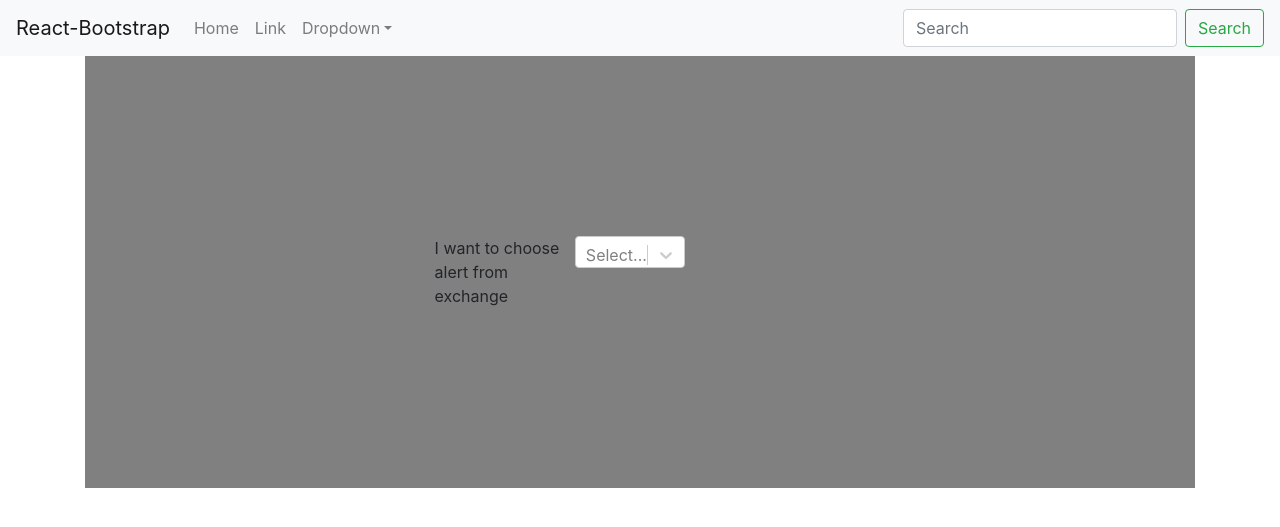
Repository: flychicken123/PriceAlertFront
Page: /
An editor plug-in stored every save of this project. The page is shown before and after the next save, followed by the edit.
The browser window is 1280 px wide. The pictures show the whole page.
The page's requests for data from a server got no answer. The project was rebuilt for these pictures with package versions that can differ from the ones it lists, and the page was loaded fresh each time. No one was signed in, and anything a server would have sent is missing. Also part of the build but not shown: src/App.css.

Above is the page before, as saved 2021-03-07 10:12:32.

### public/index.html
<!DOCTYPE html>
<html lang="en">
  <head>
    <meta charset="utf-8" />
    <link rel="icon" href="%PUBLIC_URL%/favicon.ico" />
    <meta name="viewport" content="width=device-width, initial-scale=1" />
    <meta name="theme-color" content="#000000" />
    <meta
      name="description"
      content="Web site created using create-react-app"
    />
    <link rel="apple-touch-icon" href="%PUBLIC_URL%/logo192.png" />
    <!--
      manifest.json provides metadata used when your web app is installed on a
      user's mobile device or desktop. See https://developers.google.com/web/fundamentals/web-app-manifest/
    -->
    <link rel="manifest" href="%PUBLIC_URL%/manifest.json" />
    <link
  rel="stylesheet"
  href="https://cdn.jsdelivr.net/npm/bootstrap@4.6.0/dist/css/bootstrap.min.css"
  integrity="sha384-B0vP5xmATw1+K9KRQjQERJvTumQW0nPEzvF6L/Z6nronJ3oUOFUFpCjEUQouq2+l"
  crossorigin="anonymous"
/>
<link rel="stylesheet" href="https://fonts.googleapis.com/css?family=Roboto:300,400,500,700&display=swap" />

    <!--
      Notice the use of %PUBLIC_URL% in the tags above.
      It will be replaced with the URL of the `public` folder during the build.
      Only files inside the `public` folder can be referenced from the HTML.

      Unlike "/favicon.ico" or "favicon.ico", "%PUBLIC_URL%/favicon.ico" will
      work correctly both with client-side routing and a non-root public URL.
      Learn how to configure a non-root public URL by running `npm run build`.
    -->
    <title>React App</title>
  </head>
  <body>
    <noscript>You need to enable JavaScript to run this app.</noscript>
    <div id="root"></div>
    <!--
      This HTML file is a template.
      If you open it directly in the browser, you will see an empty page.

      You can add webfonts, meta tags, or analytics to this file.
      The build step will place the bundled scripts into the <body> tag.

      To begin the development, run `npm start` or `yarn start`.
      To create a production bundle, use `npm run build` or `yarn build`.
    -->
  </body>
</html>

### src/App.js
import logo from './logo.svg';
import './App.css';
import { BrowserRouter as Router, Switch, Route } from 'react-router-dom';
import TopNavbar from './components/TopNavbar';
import Home from './components/Home.jsx';
const App = () => {
  return (
    <Router>
      <TopNavbar />
      <Switch>
        <Route path='/' component={Home} />
      </Switch>
    </Router>
  )
}

export default App;

### src/components/TopNavbar.jsx
import React, { Component } from 'react';
import { Button, Navbar, Nav, NavDropdown, Form, FormControl } from "react-bootstrap";
const TopNavbar = () => {
    return (
        <div>
            <Navbar bg="light" expand="lg">
                <Navbar.Brand href="#home">React-Bootstrap</Navbar.Brand>
                <Navbar.Toggle aria-controls="basic-navbar-nav" />
                <Navbar.Collapse id="basic-navbar-nav">
                    <Nav className="mr-auto">
                        <Nav.Link href="#home">Home</Nav.Link>
                        <Nav.Link href="#link">Link</Nav.Link>
                        <NavDropdown title="Dropdown" id="basic-nav-dropdown">
                            <NavDropdown.Item href="#action/3.1">Action</NavDropdown.Item>
                            <NavDropdown.Item href="#action/3.2">Another action</NavDropdown.Item>
                            <NavDropdown.Item href="#action/3.3">Something</NavDropdown.Item>
                            <NavDropdown.Divider />
                            <NavDropdown.Item href="#action/3.4">Separated link</NavDropdown.Item>
                        </NavDropdown>
                    </Nav>
                    <Form inline>
                        <FormControl type="text" placeholder="Search" className="mr-sm-2" />
                        <Button variant="outline-success">Search</Button>
                    </Form>
                </Navbar.Collapse>
            </Navbar>
        </div>
    )
};
export default TopNavbar

### src/components/Home.jsx
import React, { useState, Component, Select, useEffect, useCallback } from 'react';
import AsyncSelect from 'react-select/async';
import { Form, Container, Col } from 'react-bootstrap';

export default function Home(props) {
    const [coinTypes, setCoinTypes] = useState([]);
    const [selectedOption, setSelectedOption] = useState(props ? props.match?.params?.template_id : null);
    const customStyles = {
        control: base => ({
            ...base,
            height: 32,
            minHeight: 30,
            width: 110,
            padding: 0
        })
    };


    // const coinOptions = (f) => {
    //     return [{ name: "- select -", id: "" }, ...coinTypes].map((coinType) => {
    //         return {
    //             label: coinType.name,
    //             value: coinType.id
    //         }
    //     })
    // };
    const handleCoinChange = useCallback((coin_id) => {
        setSelectedOption(coin_id);
        console.log(coin_id.name);
    }, []);
    const fetchCoinList = () => {
        return fetch(`https://6043fea2a20ace001728e9b7.mockapi.io/api/v1/coinlist/coinlist`).then(res => res.json());
    }


    return (

        < div className='mainControl' >
            <Container fluid="md">

                <div style={{ display: 'flex', justifyContent: 'center', alignItems: 'center', height: '60vh', backgroundColor: 'grey', width: '200' }}>

                    <Form>

                        <Form.Row>

                            <Col>
                                I want to choose alert from exchange
                            </Col>
                            <Col>
                                <AsyncSelect
                                    cacheOptions
                                    defaultOptions
                                    onChange={handleCoinChange}
                                    value={selectedOption}
                                    loadOptions={fetchCoinList}
                                    getOptionValue={option => option.id}
                                    getOptionLabel={option => option.name}
                                    styles={customStyles}
                                />
                            </Col>
                            <Col></Col>
                        </Form.Row>

                    </Form>

                </div>
            </Container>
        </div >
    )
}

Loaded but not shown: src/index.js (common file); src/index.css (common file); src/reportWebVitals.js (common file)

After the next save:
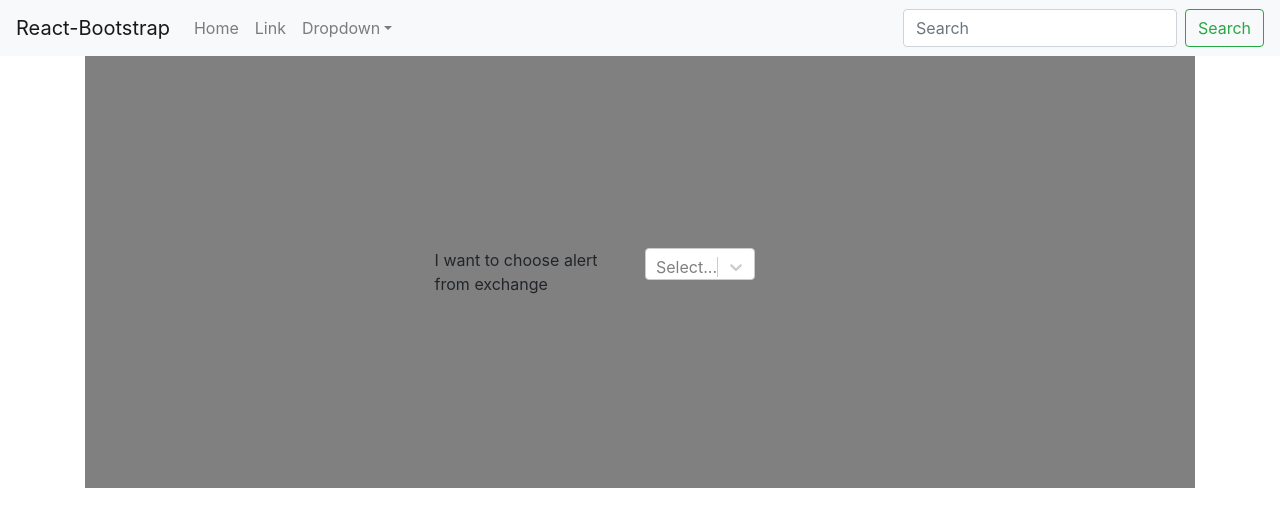
Saved 48 s later.
--- a/src/components/Home.jsx
+++ b/src/components/Home.jsx
@@ -44,7 +44,7 @@ export default function Home(props) {
 
                         <Form.Row>
 
-                            <Col>
+                            <Col xs={6}>
                                 I want to choose alert from exchange
                             </Col>
                             <Col>
